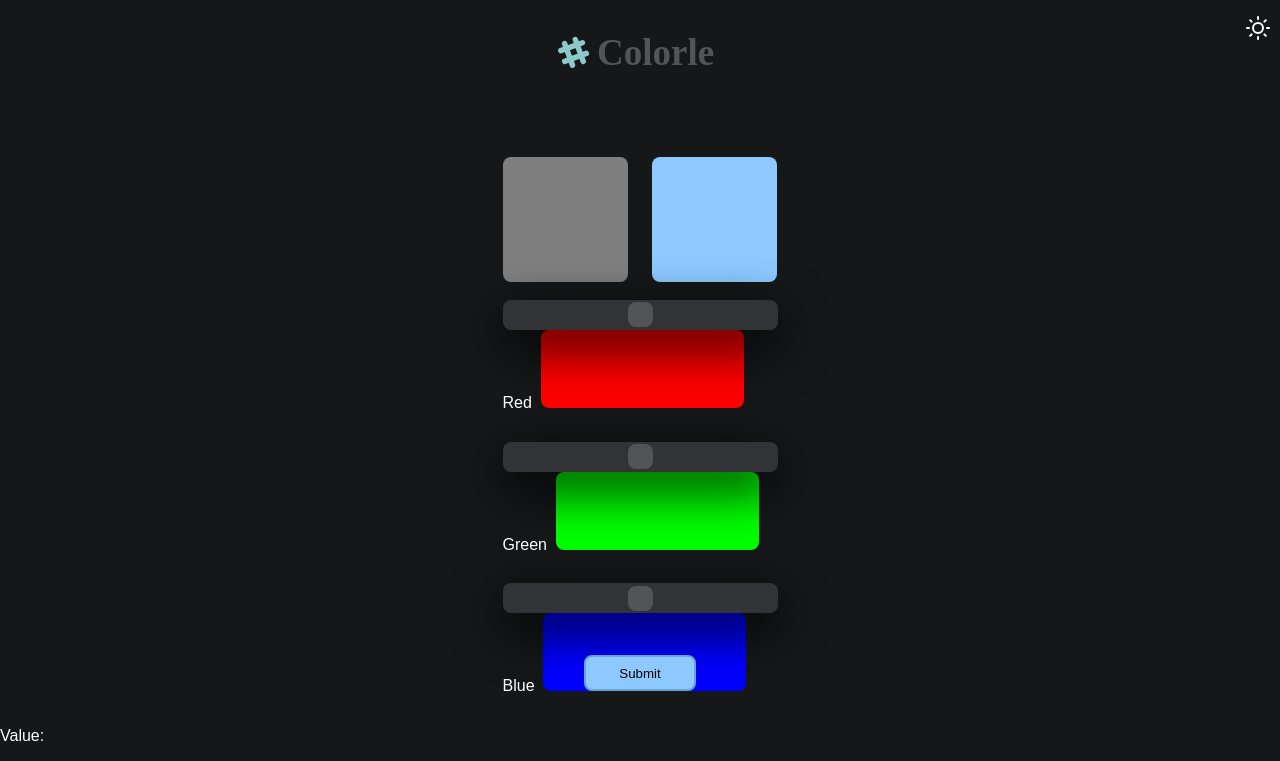
Repository: Artem-Melnik/Colorle
Page: index.html
An editor plug-in stored every save of this project. The page is shown before and after the next save, followed by the edit.
The browser window is 1280 px wide. The pictures show the whole page.

Above is the page before, as saved 2022-05-16 00:06:43.

### index.html
<!-- TODO: Change text/icon color -->
<!-- TODO: Represent guess correctness using Linear-style icons -->
<!-- TODO: Replace Colorle text logo with SVG/image due to font problems -->
<!-- TODO: Add textboxes where player can enter exact RGB values -->
<!DOCTYPE html>
<html>
  <head>
    <title>Parcel Sandbox</title>
    <link rel="icon" type="image/x-icon" href="assets/logo.svg">
    <link rel="stylesheet" href="styles.css">
    <meta charset="UTF-8" />
    <meta name="viewport" content="width=device-width" />
  </head>

  <script
    src="https://ajax.googleapis.com/ajax/libs/jquery/3.6.0/jquery.min.js"
    type="text/javascript"
  ></script>
  <script
    src="https://ajax.googleapis.com/ajax/libs/jqueryui/1.13.1/jquery-ui.min.js"
    type="text/javascript"
  ></script>
  <!-- Host feather icons locally and remove CDN? -->
  <script src="https://unpkg.com/feather-icons"></script>
  <script>
      feather.replace();
    </script>
  <script type="module" src="index.js" type="text/javascript"></script>

  <body>
    <div id="app"></div>
    <div class="topBar">
      <div id="header">
        <!-- TODO: Change logo to <iframe> or <object> to allow for dynamic color change of stroke -->
        <img id="logo" src="assets/logo.svg">
        <p id="title">Colorle</p>
      </div>
      <p>
        <button type="button" id="themeToggle">
          <img src="assets/sun-icon.svg">
          <!-- <i id="themeIcon" data-feather="sun"></i> -->
        </button>
      </p>
    </div>

    <div id="topColors">
      <div id="previewAll"></div>
      <div id="correctColor"></div>
    </div>
    <div id="redContainer">
      <input
        type="range"
        min="0"
        max="255"
        value="128"
        class="slider"
        id="sliderRed"
      />
      <p class="currentColor" id="currentRed">Red</p>
      <p class="rating" id="ratingRed"></p>
      <div id="previewRed"></div>
    </div>
    <div id="greenContainer">
      <input
        type="range"
        min="0"
        max="255"
        value="128"
        class="slider"
        id="sliderGreen"
      />
      <p class="currentColor" id="currentGreen">Green</p>
      <p class="rating" id="ratingGreen"></p>
      <div id="previewGreen"></div>
    </div>
    <div id="blueContainer">
      <input
        type="range"
        min="0"
        max="255"
        value="128"
        class="slider"
        id="sliderBlue"
      />
      <p class="currentColor" id="currentBlue">Blue</p>
      <p class="rating" id="ratingBlue"></p>
      <div id="previewBlue"></div>
    </div>
    <div class="guessText">
      <p>Value: <span id="guessColor"></span></p>
    </div>
    <div class="buttonContainer">
      <button type="button" id="submitButton">Submit</button>
    </div>
  </body>
</html>

### styles.css
body {
  font-family: sans-serif;
  margin: 0;
  background: #151718;
  color: #ffffff;
}

.lightTheme {
  background: #ffffff;
  color: #151718;
}

/* Changes the correctColor gradient to dark/black */
/* .correctColorDark {
  background-image: linear-gradient(
    to bottom,
    rgba(0, 0, 0, 0),
    rgba(0, 0, 0, 1) 100%
  ) !important;
} */

#header {
  display: block;
  position: relative;
  margin-left: auto;
  margin-right: auto;
  margin-bottom: 7%;
  margin-top: 2%;
  width: 165px;
  height: 42px;
  align-items: center;
}

#logo {
  position: relative;
  justify-content: center;
  align-items: center;
  margin-top: 10px;
  margin-bottom: -3px;
  margin-right: 3px;
  width: 32px;
  height: 32px;
}

#title {
  font-family: "Asap";
  font-style: normal;
  font-weight: 700;
  font-size: 37px;
  line-height: 42px;
  display: inline-block;
  /* align-items: center; */
  /* text-align: center; */
  color: #535458;
  margin: 0px;
}

#themeToggle {
  width: 25px;
  height: 25px;
  position: absolute;
  right: 15px;
  top: 15px;
  color: grey;
  background: none;
  border: none;
  transform: scale(1);
  transition: all 0.5s;
}

#themeToggle:hover {
  transform: scale(1.2);
}

#themeIcon {
  color: grey;
  width: 25px;
  height: 25px;
  transform: scale(1);
  transition: all 0.5s;
}

#themeIcon.animate {
  color: grey;
  transform: scale(0);
}

.transform-active {
  /* background-color: blue;
  animation-name: darkToLight;
  animation-duration: 1s; */
  color: #151718;
}

.transform {
  -webkit-transition: all 2s ease;
  -moz-transition: all 2s ease;
  -o-transition: all 2s ease;
  -ms-transition: all 2s ease;
  transition: all 2s ease;
}

/* @keyframes darkTolight {
  0% {
    color: #ffffff;
  }
  100% {
    color: #151718;
  }
} */

/* #previewId {
  width: 100px;
  height: 100px;
  background-color: var(color);
  border: solid black;
} */

/* correctColor gradient */
/* #correctColor {
  position: absolute;
  top: 0px;
  width: 100%;
  height: 25%;
  background-color: var(color);
  margin: auto;
  background-image: linear-gradient(
    to bottom,
    rgba(255, 255, 255, 0),
    rgba(255, 255, 255, 1) 100%
  );
  z-index: -1;
} */

#topColors {
  width: 275px;
  margin: auto;
}

#correctColor {
  display: inline-block;
  position: relative;
  width: 125px;
  height: 125px;
  border-radius: 8px;
  margin-left: 10px;
}

#previewAll {
  background-color: rgb(127, 127, 127);
  display: inline-block;
  position: relative;
  width: 125px;
  height: 125px;
  border-radius: 8px;
  order: 1;
  margin-right: 10px;
}

#redContainer,
#greenContainer,
#blueContainer {
  display: auto;
  justify-content: center;
  margin: auto;
  width: 275px;
}

#sliderRed,
#sliderGreen,
#sliderBlue {
  display: block;
  -webkit-appearance: none;
  -moz-appearance: none;
  appearance: none;
  background: #323337;
  width: 275px;
  height: 30px;
  top: 100px;
  border-radius: 8px;
  margin: auto;
  margin-top: 5%;
  filter: drop-shadow(0px 15px 25px #000000);
}

#sliderRed::-webkit-slider-thumb,
#sliderGreen::-webkit-slider-thumb,
#sliderBlue::-webkit-slider-thumb {
  -webkit-appearance: none;
  appearance: none;
  width: 25px;
  height: 25px;
  background: #535458;
  cursor: pointer;
  border-radius: 8px;
}

#currentRed,
#currentGreen,
#currentBlue,
#ratingRed,
#ratingGreen,
#ratingBlue {
  display: inline-block;
  position: relative;
}

#previewRed,
#previewGreen,
#previewBlue {
  display: inline-block;
  position: relative;
  width: 203px;
  height: 78px;
  /* background-color: var(color); */
  /* border: solid black; */
  border-radius: 8px;
  margin: auto;
  z-index: -1;
}

#previewRed {
  background-color: rgb(255, 0, 0);
}

#previewGreen {
  background-color: rgb(0, 255, 0);
}

#previewBlue {
  background-color: rgb(0, 0, 255);
}

.buttonContainer {
  display: flex;
  justify-content: center;
}

#submitButton {
  position: fixed;
  width: 112px;
  height: 36px;
  bottom: 4%;
  border: 2px solid;
  border-radius: 8px;
  transition: all 0.3s ease 0s;
}

#submitButton:hover {
  position: fixed;
  width: 112px;
  height: 36px;
  bottom: 4%;
  border: 2px solid;
  border-radius: 8px;
  filter: drop-shadow(0px 10px 15px #8dc9c980);
  transform: translateY(-5px);
}

#submitButton:active {
  position: fixed;
  width: 112px;
  height: 36px;
  bottom: 4%;
  border: 2px solid;
  border-radius: 8px;
  filter: drop-shadow(0px 10px 15px #8dc9c980);
  transform: translateY(-1px);
}

### index.js
// document.getElementById("sliderRange").innerHTML = `
// <div class="slidercontainer"></div>
// `;
// var root = document.querySelector(":root");
// var slider = document.getElementById("sliderRange");
// // Change "demo" to something else?
// var sliderRange = document.getElementById("demo");
// sliderRange.innerHTML = slider.value;
let correctRed = 141;
let correctGreen = 201;
let correctBlue = 255;

let red;
let green;
let blue;
// TODO: Split correctRGB into 3 seperate colors
let correctRgb =
  "rgb(" + correctRed + ", " + correctGreen + ", " + correctBlue + ")";

function changeColor() {
  red = document.getElementById("sliderRed").value;
  green = document.getElementById("sliderGreen").value;
  blue = document.getElementById("sliderBlue").value;

  document.getElementById("previewRed").style.backgroundColor =
    "rgb(" + red + ", 0, 0)";
  document.getElementById("previewGreen").style.backgroundColor =
    "rgb(0," + green + ", 0)";
  document.getElementById("previewBlue").style.backgroundColor =
    "rgb(0, 0," + blue + ")";

  document.getElementById("currentRed").textContent = red;
  document.getElementById("currentGreen").textContent = green;
  document.getElementById("currentBlue").textContent = blue;
}

// Shows guess color when submit button is clicked
// Also checks how close the guess is to the correct color
function onSubmit() {
  document.getElementById("previewAll").style.backgroundColor =
    "rgb(" + red + ", " + green + ", " + blue + ")";
  document.getElementById("guessColor").textContent =
    "rgb(" + red + ", " + green + ", " + blue + ")";

  // TODO: Optimize code for red, green, and blue checks
  // Check if red guess is correct
if (red == correctRed) {
  document.getElementById('ratingRed').innerText = "SS";
} else if ((red > correctRed - 6) && (red < correctRed + 6)) {
  document.getElementById('ratingRed').innerText = "S";
} else if ((red > correctRed - 12) && (red < correctRed + 12)) {
  document.getElementById('ratingRed').innerText = "A";
} else if ((red > correctRed - 24) && (red < correctRed + 24)) {
  document.getElementById('ratingRed').innerText = "B";
} else if ((red > correctRed - 48) && (red < correctRed + 48)) {
  document.getElementById('ratingRed').innerText = "C";
} else {
  document.getElementById('ratingRed').innerText = "D";
}

  // Does same thing as red check but for green
if (green == correctGreen) {
  document.getElementById('ratingGreen').innerText = "SS";
} else if ((green > correctGreen - 6) && (green < correctGreen + 6)) {
  document.getElementById('ratingGreen').innerText = "S";
} else if ((green > correctGreen - 12) && (green < correctGreen + 12)) {
  document.getElementById('ratingGreen').innerText = "A";
} else if ((green > correctGreen - 24) && (green < correctGreen + 24)) {
  document.getElementById('ratingGreen').innerText = "B";
} else if ((green > correctGreen - 48) && (green < correctGreen + 48)) {
  document.getElementById('ratingGreen').innerText = "C";
} else {
  document.getElementById('ratingGreen').innerText = "D";
}

  // Does same thing as red check but for blue
if (blue == correctBlue) {
  document.getElementById('ratingBlue').innerText = "SS";
} else if ((blue > correctBlue - 6) && (blue < correctBlue + 6)) {
  document.getElementById('ratingBlue').innerText = "S";
} else if ((blue > correctBlue - 12) && (blue < correctBlue + 12)) {
  document.getElementById('ratingBlue').innerText = "A";
} else if ((blue > correctBlue - 24) && (blue < correctBlue + 24)) {
  document.getElementById('ratingBlue').innerText = "B";
} else if ((blue > correctBlue - 48) && (blue < correctBlue + 48)) {
  document.getElementById('ratingBlue').innerText = "C";
} else {
  document.getElementById('ratingBlue').innerText = "D";
}

  // if ("rgb(" + red + "," + green + "," + blue + ")" === "rgb(141,201,201)") {
  //   alert("Correct!");
  // }
}

$("#themeToggle").click(function () {
  $("#themeIcon").toggleClass("animate");
});

function themeSwitch() {
  document.body.classList.toggle("lightTheme");
  document.getElementById("correctColor").classList.toggle("correctColorDark");
}

document.getElementById("correctColor").style.backgroundColor = correctRgb;
document.getElementById("logo").style.fill = correctRgb;
document.getElementById("submitButton").style.backgroundColor = correctRgb;
document.getElementById("submitButton").style.borderColor =
  "rgb(" +
  (correctRed - 38) +
  ", " +
  (correctGreen - 38) +
  ", " +
  (correctBlue - 38) +
  ")";

document.getElementById("sliderRed").addEventListener("input", changeColor);
document.getElementById("sliderGreen").addEventListener("input", changeColor);
document.getElementById("sliderBlue").addEventListener("input", changeColor);
document.getElementById("submitButton").addEventListener("click", onSubmit);
document.getElementById("themeToggle").addEventListener("click", themeSwitch);

// Plugs in sliderRange for green in RGB
// Outputs the value of the slider
// slider.oninput = function () {
//   sliderRange.innerHTML = this.value;
//   root.style.setProperty("--green", sliderRange);
//   alert(sliderRange);
// };

After the next save:
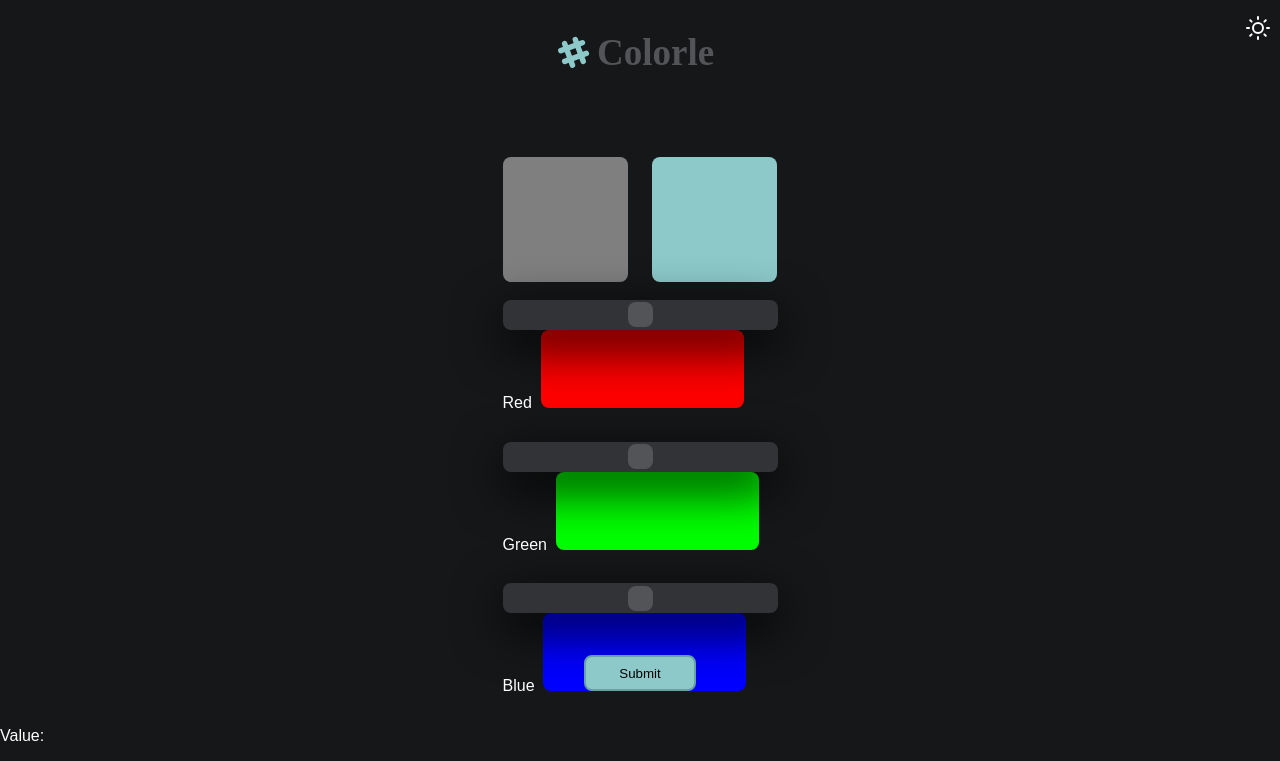
Saved 75 s later.
--- a/index.js
+++ b/index.js
@@ -8,7 +8,7 @@
 // sliderRange.innerHTML = slider.value;
 let correctRed = 141;
 let correctGreen = 201;
-let correctBlue = 255;
+let correctBlue = 201;
 
 let red;
 let green;
